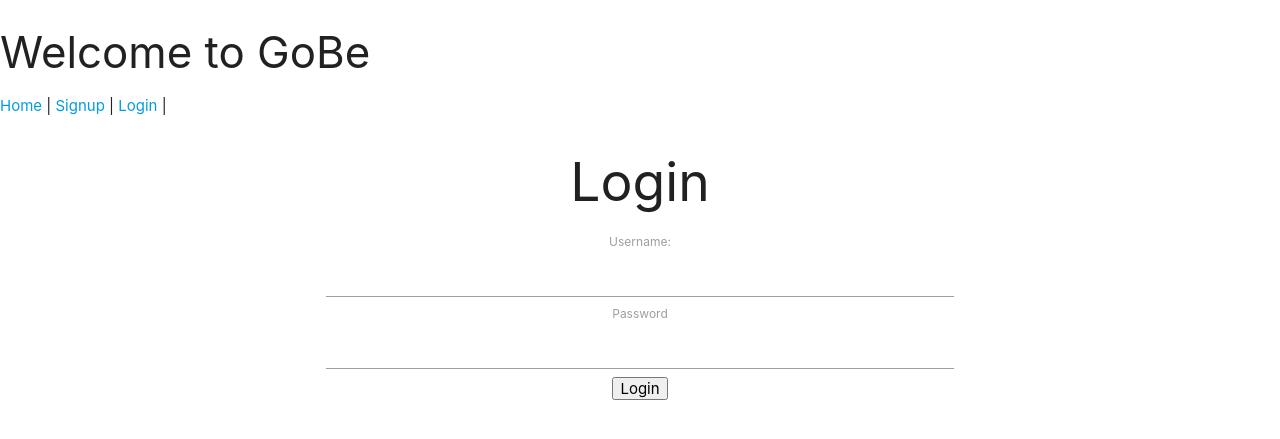
Repository: Gobe-community/gobe-central
Page: http://localhost/login/
These files come from the project's save history. The page is drawn as it stood at one moment and after the next save; the edit follows.
The browser window is 1280 px wide. The pictures show the whole page.
The page is served by the project's application, run on Django 3.2 (manage.py).

Above is the page before, as saved 2020-07-11 13:21:59.

After the next save:
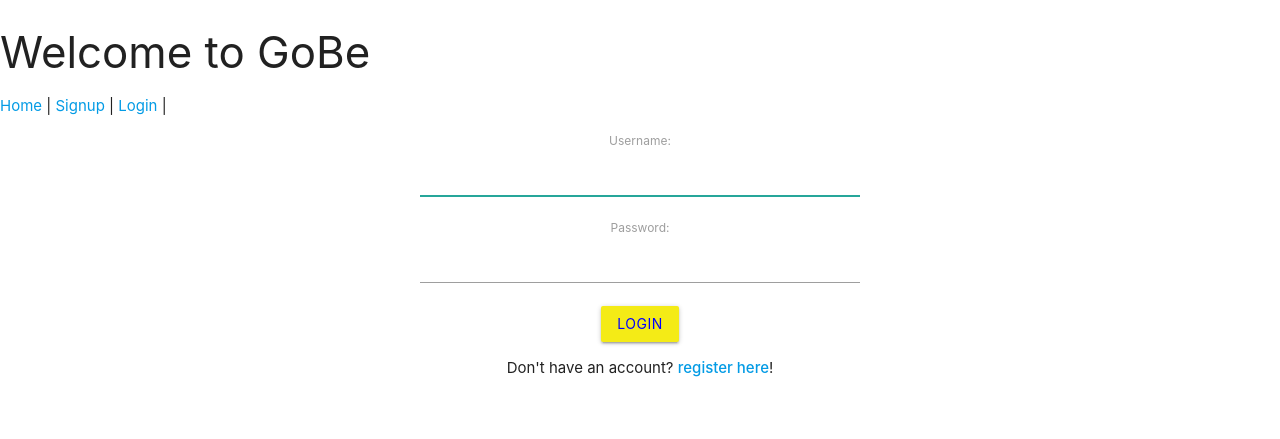
Saved 85 s later.
--- a/templates/login.html
+++ b/templates/login.html
@@ -1,26 +1,12 @@
 {% extends 'base.html' %}
 
 {% block content %}
-  <h2>Login</h2>
-  <form method="POST">
+<div class="container">
+    <form method="POST">
     {% csrf_token %}
-    {% if message %}
-    <div class="row">
-        <div class="small-12 medium-6 columns">
-            <div class="alert callout">
-                <p>{{ message }}</p>
-            </div>
-        </div>
-    </div>
-    {% endif %}
-    <div class="form-group">
-        <label for="username">Username:</label>
-        <input type="text" id="username" name="usermame">
-    </div>
-    <div class="form-group">
-        <label for="password">Password</label>
-        <input type="password" id="password" name="password">
-    </div>
-    <button type="submit">Login</button>
-  </form>
+    {{form.as_p}}
+        <button style="background-color:#F4EB16; color:blue" class="btn btn-outline-info" type="submit">Login</button>
+    </form>
+    Don't have an account? <a href="/register" target="blank"><strong>register here</strong></a>!
+</div>
 {% endblock %}
